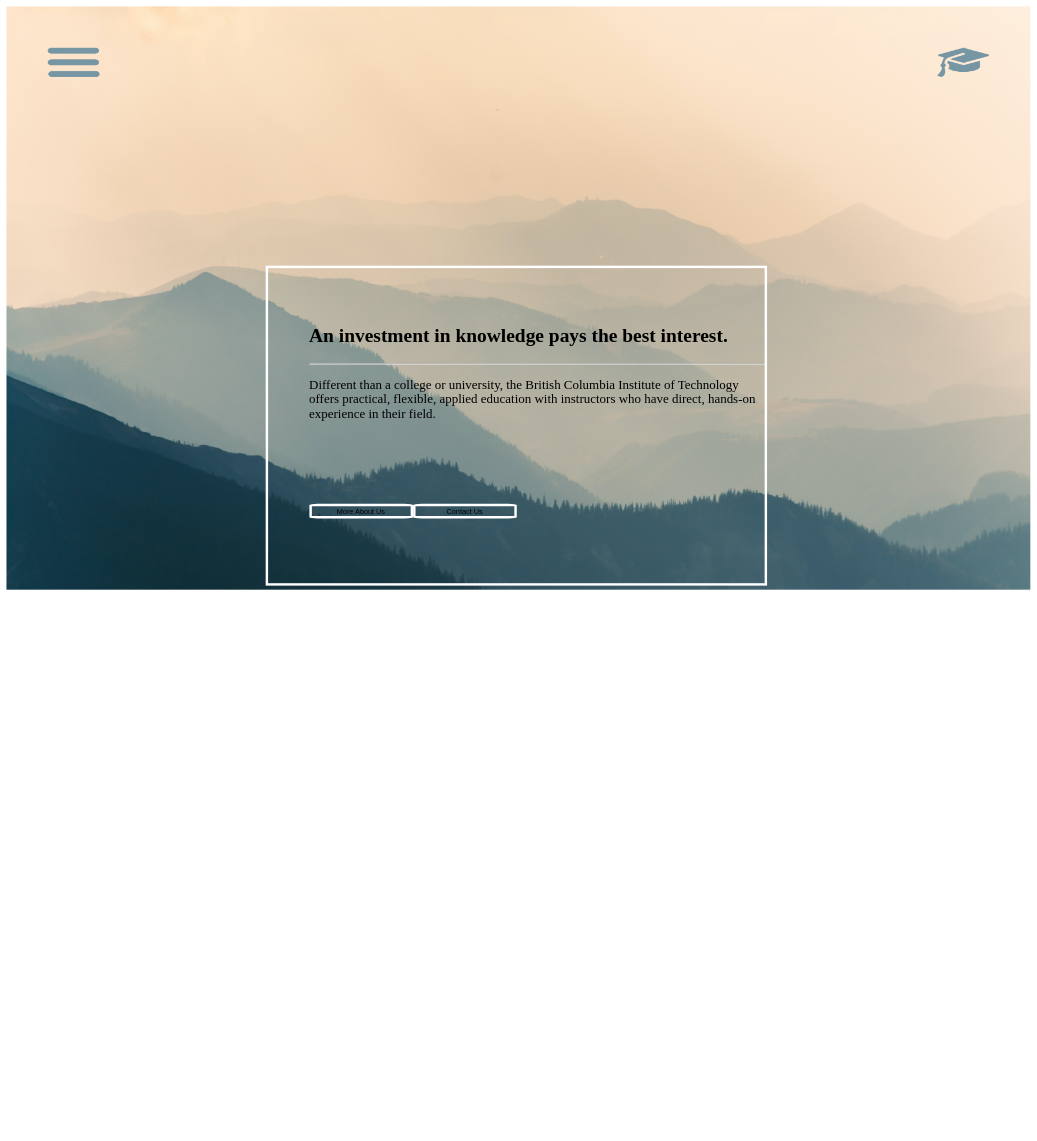
Repository: sierralaurent/MDIA2109-Assignment01
Page: /
The author's editor kept a copy of each file at every save. The page is drawn from the files as they stood at one save, then again after the next save.
The browser window is 1280 px wide. The pictures show the whole page, at 81% of full size.
The project was rebuilt for these pictures with package versions that can differ from the ones it lists, and the page was loaded fresh each time. The framework's server and built-in components were replaced by stand-ins that run in the browser. Also part of the build but not shown: next.config.js.

Above is the page before, as saved 2023-02-01 16:42:39.

After the next save:
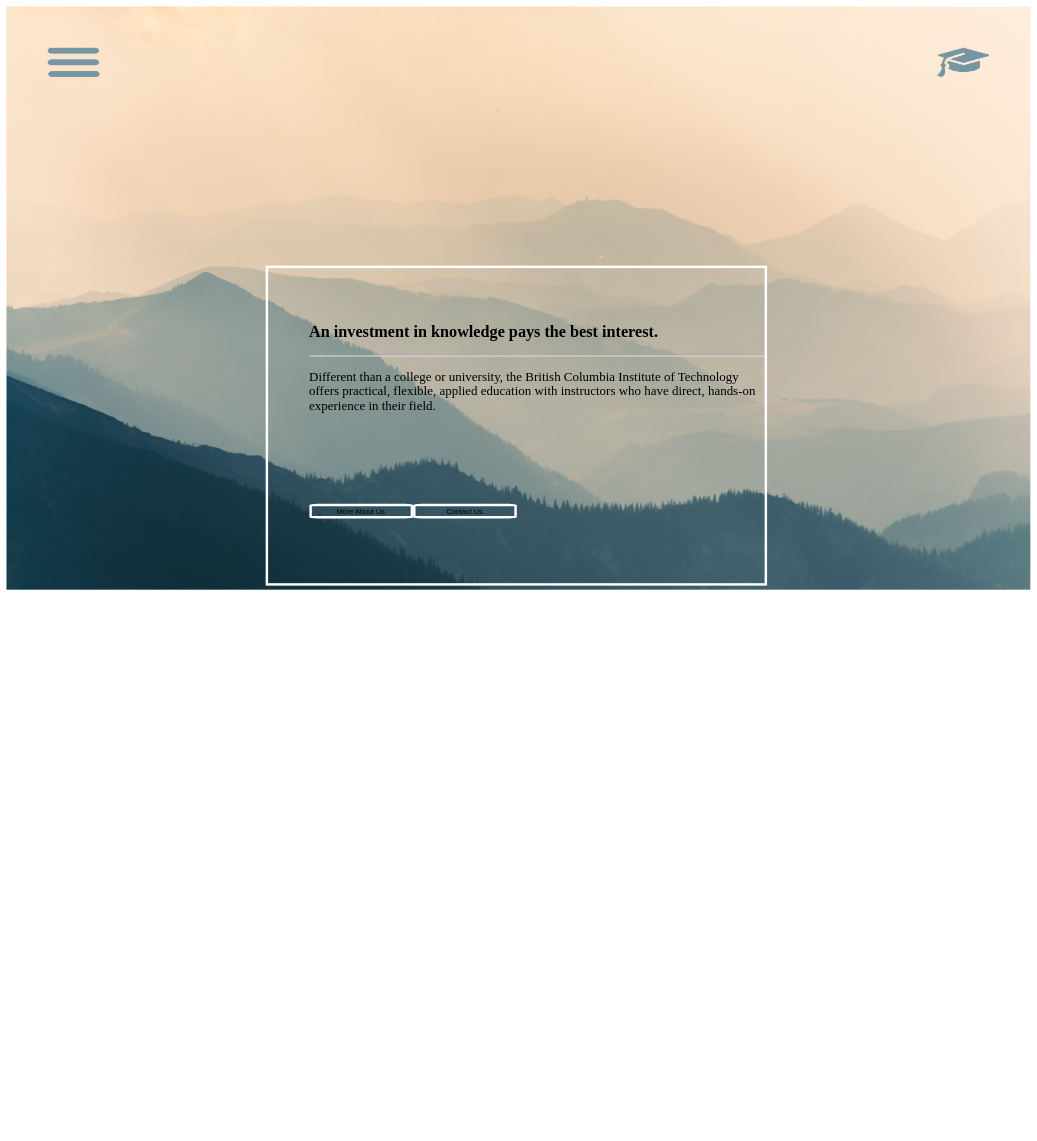
Saved 23 s later.
--- a/pages/index.js
+++ b/pages/index.js
@@ -24,7 +24,7 @@ export default function Home() {
           </div>
           <div className={styles.middle}>
             <div className={styles.intro}>
-            <h1>An investment in knowledge pays the best interest.</h1>
+            <h1 className={styles.h1}>An investment in knowledge pays the best interest.</h1>
             <hr></hr>
             <p>Different than a college or university, the British Columbia Institute of Technology offers practical, flexible, applied education with instructors who have direct, hands-on experience in their field.</p>
             </div>
